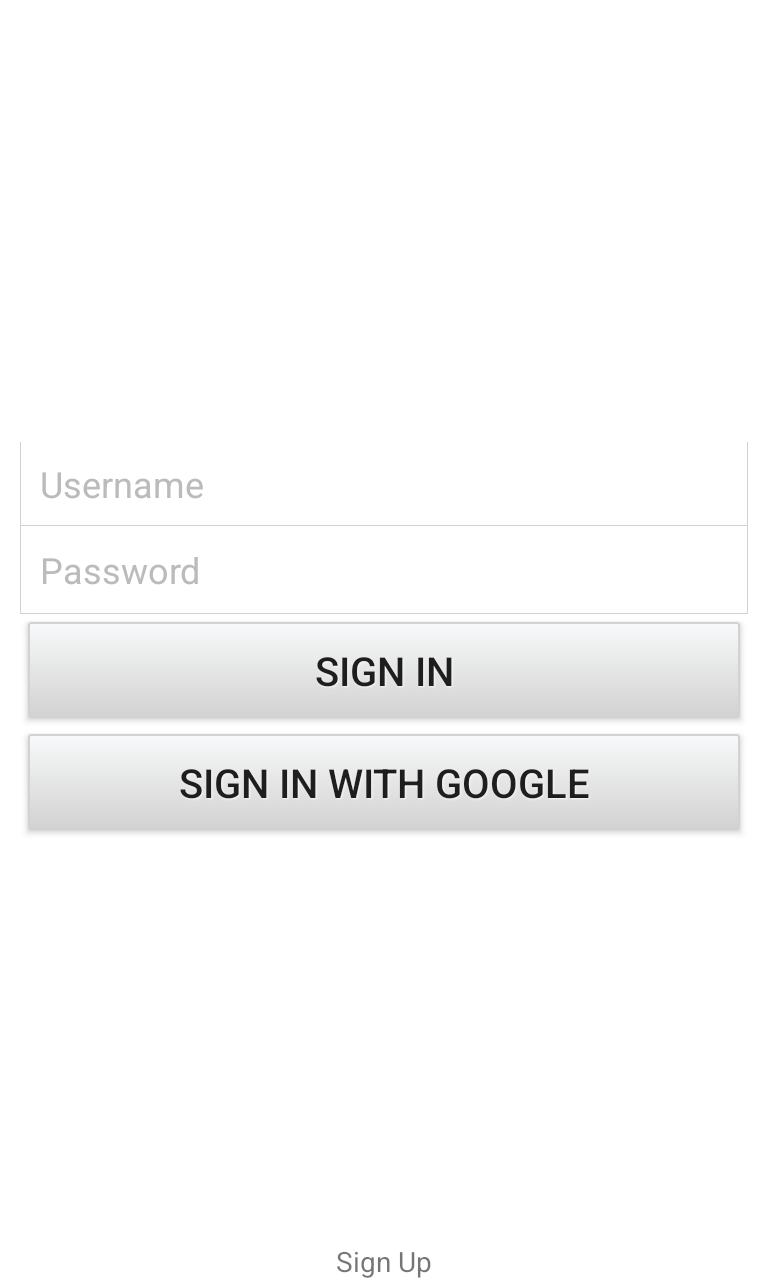
Repository: Jaaga/mooc-tracker
Layout: android/MOOCTracker/res/layout/login_screen.xml
An editor plug-in stored every save of this project. The layout is shown before and after the next save, followed by the edit.
It is drawn on a 768 x 1280 px phone screen (xhdpi) without system bars, with theme AppTheme; the app's code is not run.

Above is the layout before, as saved 2014-05-22 19:36:21.

After the next save:
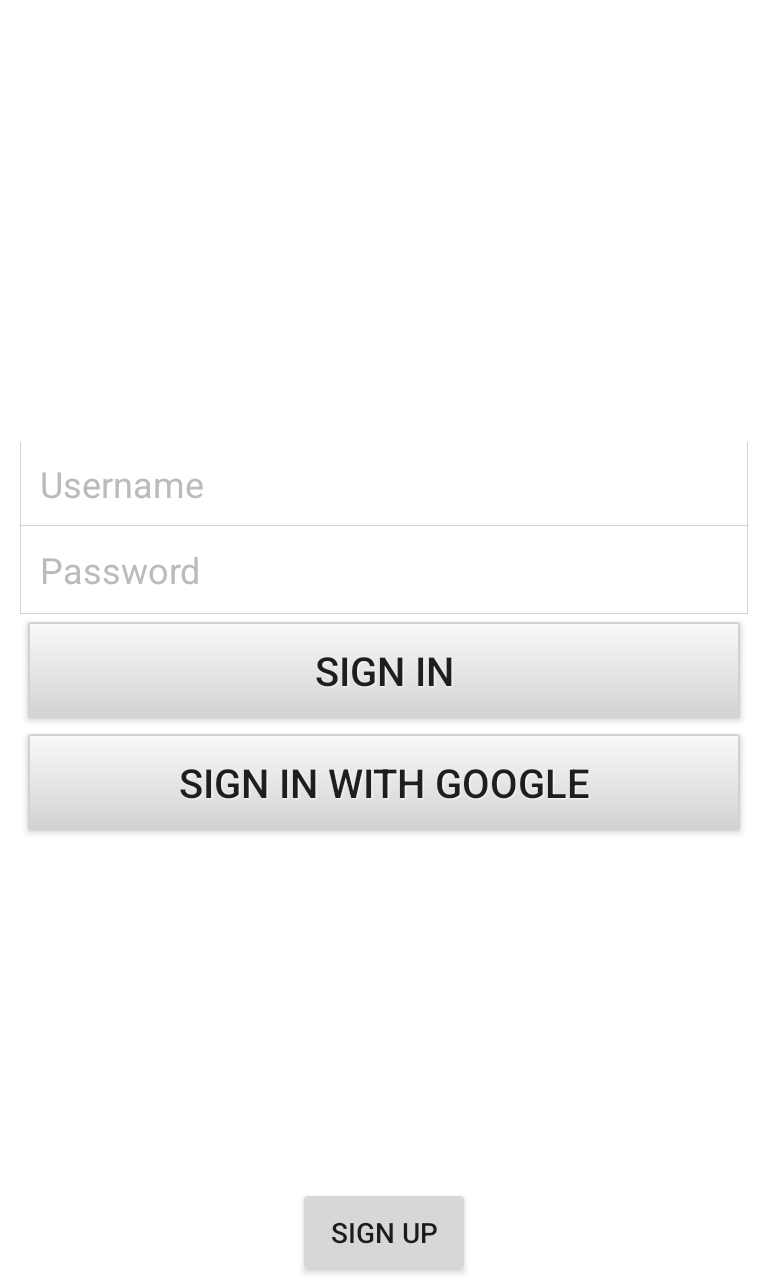
Saved 58 s later.
--- a/android/MOOCTracker/res/layout/login_screen.xml
+++ b/android/MOOCTracker/res/layout/login_screen.xml
@@ -67,7 +67,7 @@
            />
    </LinearLayout>
 
-     <TextView
+     <Button
                android:id="@+id/toSignup"
                android:layout_width="wrap_content"
                android:layout_height="wrap_content"
